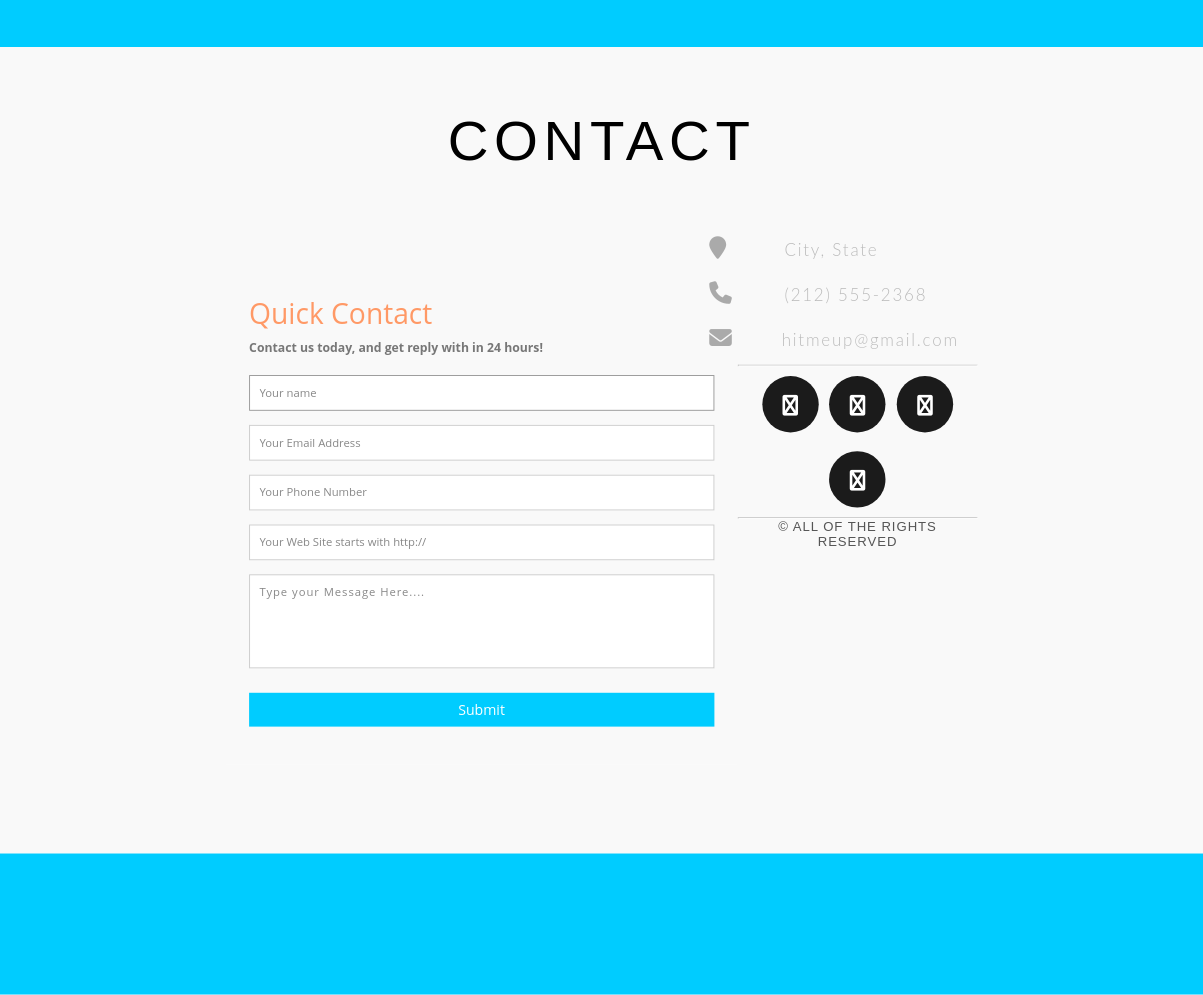
Repository: 365dayschallenge/interface_uniliver
Page: contact.html
The author's editor kept a copy of each file at every save. The page is drawn from the files as they stood at one save, then again after the next save.
The browser window is 1280 px wide. The pictures show the whole page, at 94% of full size.

Above is the page before, as saved 2022-12-18 18:19:53.

### contact.html
<!DOCTYPE html>
<html lang="en">
<head>
    <meta charset="UTF-8">
    <meta http-equiv="X-UA-Compatible" content="IE=edge">
    <meta name="viewport" content="width=device-width, initial-scale=1.0">
    <title>Contact</title>
    <link rel="stylesheet" href="./css/contact.css">
   <link
      rel="stylesheet"
      href="https://cdnjs.cloudflare.com/ajax/libs/font-awesome/6.2.1/css/all.min.css"
      integrity="sha512-MV7K8+y+gLIBoVD59lQIYicR65iaqukzvf/nwasF0nqhPay5w/9lJmVM2hMDcnK1OnMGCdVK+iQrJ7lzPJQd1w=="
      crossorigin="anonymous"
      referrerpolicy="no-referrer"
    /></head>
<body>
  <section id="contact">

  <h1 class="section-header">Contact</h1>

  <div class="contact-wrapper">

  <!-- Left contact page -->
  <form id="contact" action="" method="post">
    <h3>Quick Contact</h3>
    <h4>Contact us today, and get reply with in 24 hours!</h4>
    <fieldset>
      <input placeholder="Your name" type="text" tabindex="1" required autofocus>
    </fieldset>
    <fieldset>
      <input placeholder="Your Email Address" type="email" tabindex="2" required>
    </fieldset>
    <fieldset>
      <input placeholder="Your Phone Number" type="tel" tabindex="3" required>
    </fieldset>
    <fieldset>
      <input placeholder="Your Web Site starts with http://" type="url" tabindex="4" required>
    </fieldset>
    <fieldset>
      <textarea placeholder="Type your Message Here...." tabindex="5" required></textarea>
    </fieldset>
    <fieldset>
      <button name="submit" type="submit" id="contact-submit" data-submit="...Sending">Submit</button>
    </fieldset>
  </form>

  <!-- Left contact page -->

      <div class="direct-contact-container">

        <ul class="contact-list">
          <li class="list-item"><i class="fa fa-map-marker fa-2x"><span class="contact-text place">City, State</span></i></li>

          <li class="list-item"><i class="fa fa-phone fa-2x"><span class="contact-text phone"><a href="tel:1-212-555-5555" title="Give me a call">(212) 555-2368</a></span></i></li>

          <li class="list-item"><i class="fa fa-envelope fa-2x"><span class="contact-text gmail"><a href="mailto:#" title="Send me an email">hitmeup@gmail.com</a></span></i></li>

        </ul>

        <hr>
        <ul class="social-media-list">
          <li><a href="#" target="_blank" class="contact-icon">
            <i class="fa fa-github" aria-hidden="true"></i></a>
          </li>
          <li><a href="#" target="_blank" class="contact-icon">
            <i class="fa fa-codepen" aria-hidden="true"></i></a>
          </li>
          <li><a href="#" target="_blank" class="contact-icon">
            <i class="fa fa-twitter" aria-hidden="true"></i></a>
          </li>
          <li><a href="#" target="_blank" class="contact-icon">
            <i class="fa fa-instagram" aria-hidden="true"></i></a>
          </li>
        </ul>
        <hr>

        <div class="copyright">&copy; ALL OF THE RIGHTS RESERVED</div>

      </div>

  </div>

</section>


</body>
</html>

### css/contact.css
body {
  margin: 0;
  padding: 0;
  padding-bottom: 100px;
}

#contact {
  width: 100%;
  height: 100%;
}

.section-header {
  text-align: center;
  margin: 0 auto;
  padding: 40px 0;
  font: 300 60px 'Oswald', sans-serif;
  color: black;
  text-transform: uppercase;
  letter-spacing: 6px;
}

.contact-wrapper {
  display: flex;
  flex-direction: row;
  justify-content: space-between;
  margin: 0 auto;
  padding: 20px;
  position: relative;
  max-width: 840px;
}

/* Left contact page */
.form-horizontal {
  /*float: left;*/
  max-width: 400px;
  font-family: 'Lato';
  font-weight: 400;
}

.form-control,
textarea {
  max-width: 400px;
  background-color: #000;
  color: #fff;
  letter-spacing: 1px;
}

.send-button {
  margin-top: 15px;
  height: 34px;
  width: 400px;
  overflow: hidden;
  transition: all .2s ease-in-out;
}

.alt-send-button {
  width: 400px;
  height: 34px;
  transition: all .2s ease-in-out;
}

.send-text {
  display: block;
  margin-top: 10px;
  font: 700 12px 'Lato', sans-serif;
  letter-spacing: 2px;
}

.alt-send-button:hover {
  transform: translate3d(0px, -29px, 0px);
}

/* Begin Right Contact Page */
.direct-contact-container {
  max-width: 400px;
}

/* Location, Phone, Email Section */
.contact-list {
  list-style-type: none;
  margin-left: -30px;
  padding-right: 20px;
}

.list-item {
  line-height: 4;
  color: #aaa;
}

.contact-text {
  font: 300 18px 'Lato', sans-serif;
  letter-spacing: 1.9px;
  color: #bbb;
}

.place {
  margin-left: 62px;
}

.phone {
  margin-left: 56px;
}

.gmail {
  margin-left: 53px;
}

.contact-text a {
  color: #bbb;
  text-decoration: none;
  transition-duration: 0.2s;
}

.contact-text a:hover {
  color: #fff;
  text-decoration: none;
}


/* Social Media Icons */
.social-media-list {
  position: relative;
  font-size: 22px;
  text-align: center;
  width: 100%;
  margin: 0 auto;
  padding: 0;
}

.social-media-list li a {
  color: #fff;
}

.social-media-list li {
  position: relative;
  display: inline-block;
  height: 60px;
  width: 60px;
  margin: 10px 3px;
  line-height: 60px;
  border-radius: 50%;
  color: #fff;
  background-color: rgb(27,27,27);
  cursor: pointer;
  transition: all .2s ease-in-out;
}

.social-media-list li:after {
  content: '';
  position: absolute;
  top: 0;
  left: 0;
  width: 60px;
  height: 60px;
  line-height: 60px;
  border-radius: 50%;
  opacity: 0;
  box-shadow: 0 0 0 1px #fff;
  transition: all .2s ease-in-out;
}

.social-media-list li:hover {
  background-color: #fff;
}

.social-media-list li:hover:after {
  opacity: 1;
  transform: scale(1.12);
  transition-timing-function: cubic-bezier(0.37,0.74,0.15,1.65);
}

.social-media-list li:hover a {
  color: #000;
}

.copyright {
  font: 200 14px 'Oswald', sans-serif;
  color: #555;
  letter-spacing: 1px;
  text-align: center;
}

hr {
  border-color: rgba(255,255,255,.6);
}

/* Begin Media Queries*/
@media screen and (max-width: 850px) {
  .contact-wrapper {
    display: flex;
    flex-direction: column;
  }
  .direct-contact-container, .form-horizontal {
    margin: 0 auto;
  }

  .direct-contact-container {
    margin-top: 60px;
    max-width: 300px;
  }
  .social-media-list li {
    height: 60px;
    width: 60px;
    line-height: 60px;
  }
  .social-media-list li:after {
    width: 60px;
    height: 60px;
    line-height: 60px;
  }
}

@media screen and (max-width: 569px) {

  .direct-contact-container, .form-wrapper {
    float: none;
    margin: 0 auto;
  }
  .form-control, textarea {

    margin: 0 auto;
  }


  .name, .email, textarea {
    width: 280px;
  }

  .direct-contact-container {
    margin-top: 60px;
    max-width: 280px;
  }
  .social-media-list {
    left: 0;
  }
  .social-media-list li {
    height: 55px;
    width: 55px;
    line-height: 55px;
    font-size: 2rem;
  }
  .social-media-list li:after {
    width: 55px;
    height: 55px;
    line-height: 55px;
  }

}

@media screen and (max-width: 410px) {
  .send-button {
    width: 99%;
  }
}
@import url(https://fonts.googleapis.com/css?family=Open+Sans:400italic,400,300,600);

* {
	margin:0;
	padding:0;
	box-sizing:border-box;
	-webkit-box-sizing:border-box;
	-moz-box-sizing:border-box;
	-webkit-font-smoothing:antialiased;
	-moz-font-smoothing:antialiased;
	-o-font-smoothing:antialiased;
	font-smoothing:antialiased;
	text-rendering:optimizeLegibility;
}

body {
	font-family:"Open Sans", Helvetica, Arial, sans-serif;
	font-weight:300;
	font-size: 12px;
	line-height:30px;
	color:#777;
	background:#0CF;
}

.container {
	max-width:400px;
	width:100%;
	margin:0 auto;
	position:relative;
}

#contact input[type="text"], #contact input[type="email"], #contact input[type="tel"], #contact input[type="url"], #contact textarea, #contact button[type="submit"] { font:400 12px/16px "Open Sans", Helvetica, Arial, sans-serif; }

#contact {
	background:#F9F9F9;
	padding:25px;
	margin:50px 0;
}

#contact h3 {
	color: #F96;
	display: block;
	font-size: 30px;
	font-weight: 400;
}

#contact h4 {
	margin:5px 0 15px;
	display:block;
	font-size:13px;
}

fieldset {
	border: medium none !important;
	margin: 0 0 10px;
	min-width: 100%;
	padding: 0;
	width: 100%;
}

#contact input[type="text"], #contact input[type="email"], #contact input[type="tel"], #contact input[type="url"], #contact textarea {
	width:100%;
	border:1px solid #CCC;
	background:#FFF;
	margin:0 0 5px;
	padding:10px;
}

#contact input[type="text"]:hover, #contact input[type="email"]:hover, #contact input[type="tel"]:hover, #contact input[type="url"]:hover, #contact textarea:hover {
	-webkit-transition:border-color 0.3s ease-in-out;
	-moz-transition:border-color 0.3s ease-in-out;
	transition:border-color 0.3s ease-in-out;
	border:1px solid #AAA;
}

#contact textarea {
	height:100px;
	max-width:100%;
  resize:none;
}

#contact button[type="submit"] {
	cursor:pointer;
	width:100%;
	border:none;
	background:#0CF;
	color:#FFF;
	margin:0 0 5px;
	padding:10px;
	font-size:15px;
}

#contact button[type="submit"]:hover {
	background:#09C;
	-webkit-transition:background 0.3s ease-in-out;
	-moz-transition:background 0.3s ease-in-out;
	transition:background-color 0.3s ease-in-out;
}

#contact button[type="submit"]:active { box-shadow:inset 0 1px 3px rgba(0, 0, 0, 0.5); }

#contact input:focus, #contact textarea:focus {
	outline:0;
	border:1px solid #999;
}
::-webkit-input-placeholder {
 color:#888;
}
:-moz-placeholder {
 color:#888;
}
::-moz-placeholder {
 color:#888;
}
:-ms-input-placeholder {
 color:#888;
}

After the next save:
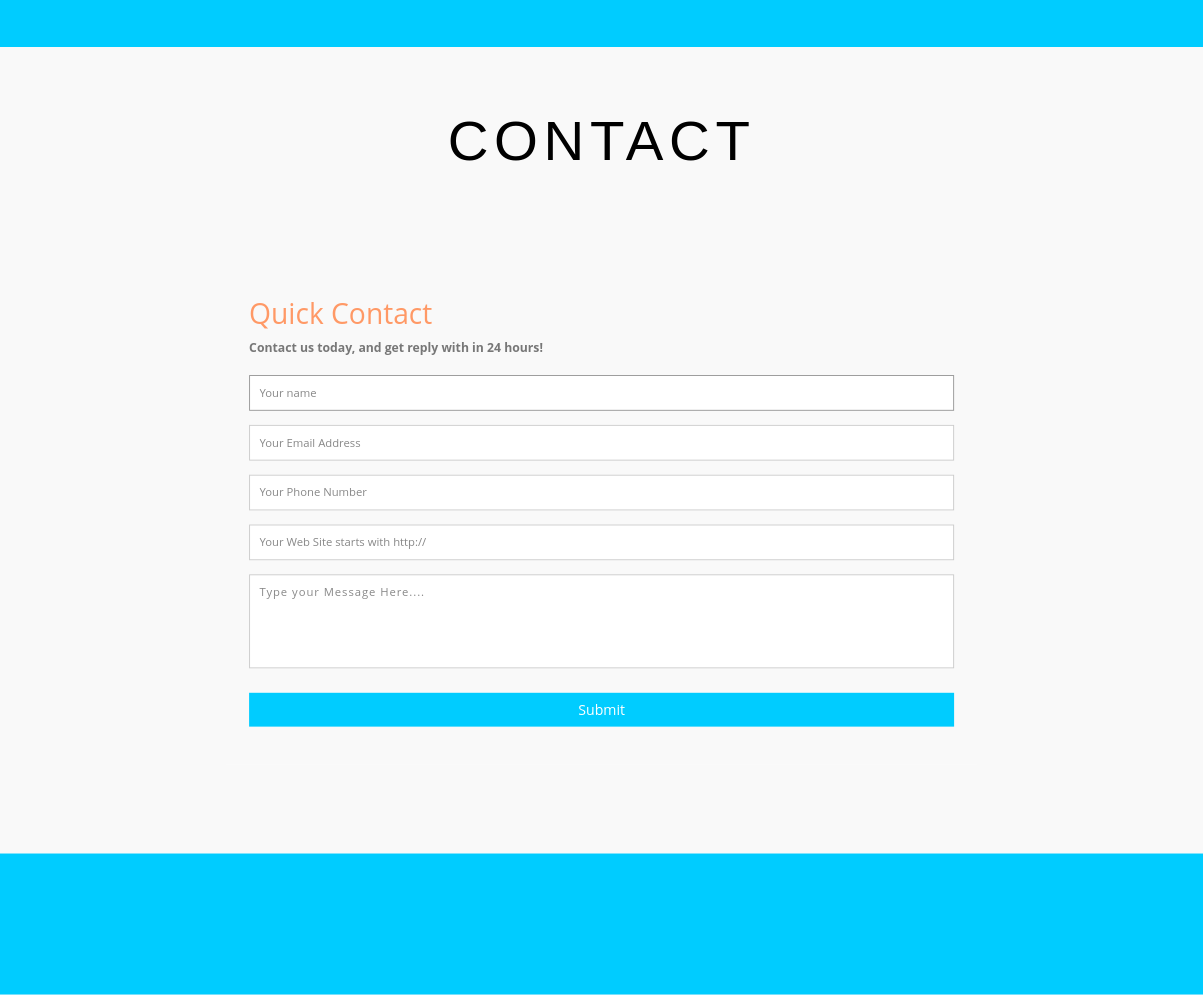
Saved 18 s later.
--- a/contact.html
+++ b/contact.html
@@ -46,37 +46,6 @@
 
   <!-- Left contact page -->
 
-      <div class="direct-contact-container">
-
-        <ul class="contact-list">
-          <li class="list-item"><i class="fa fa-map-marker fa-2x"><span class="contact-text place">City, State</span></i></li>
-
-          <li class="list-item"><i class="fa fa-phone fa-2x"><span class="contact-text phone"><a href="tel:1-212-555-5555" title="Give me a call">(212) 555-2368</a></span></i></li>
-
-          <li class="list-item"><i class="fa fa-envelope fa-2x"><span class="contact-text gmail"><a href="mailto:#" title="Send me an email">hitmeup@gmail.com</a></span></i></li>
-
-        </ul>
-
-        <hr>
-        <ul class="social-media-list">
-          <li><a href="#" target="_blank" class="contact-icon">
-            <i class="fa fa-github" aria-hidden="true"></i></a>
-          </li>
-          <li><a href="#" target="_blank" class="contact-icon">
-            <i class="fa fa-codepen" aria-hidden="true"></i></a>
-          </li>
-          <li><a href="#" target="_blank" class="contact-icon">
-            <i class="fa fa-twitter" aria-hidden="true"></i></a>
-          </li>
-          <li><a href="#" target="_blank" class="contact-icon">
-            <i class="fa fa-instagram" aria-hidden="true"></i></a>
-          </li>
-        </ul>
-        <hr>
-
-        <div class="copyright">&copy; ALL OF THE RIGHTS RESERVED</div>
-
-      </div>
 
   </div>
 
